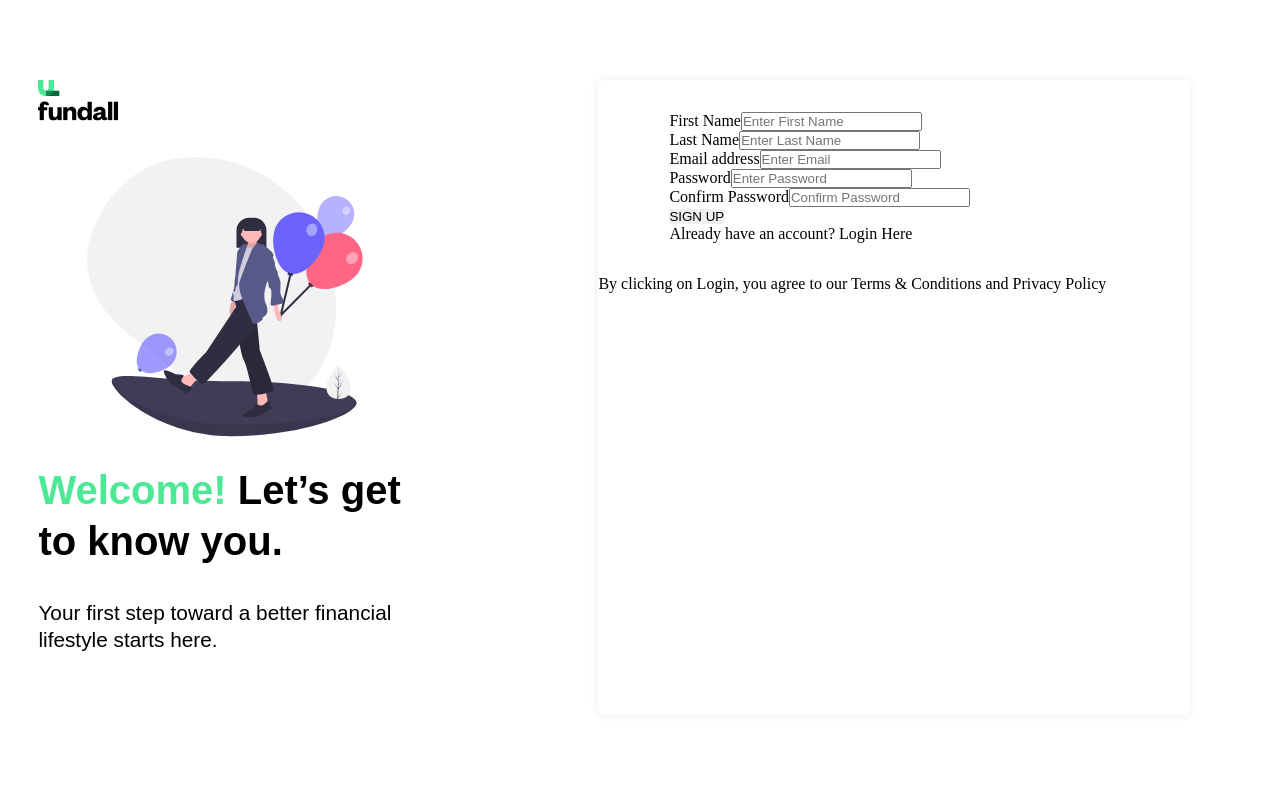
Repository: nilesjamex/niffty
Page: /signup
The author's editor kept a copy of each file at every save. The page is drawn from the files as they stood at one save, then again after the next save.
The browser window is 1280 px wide. The pictures show the whole page.
The project was rebuilt for these pictures with package versions that can differ from the ones it lists, and the page was loaded fresh each time. Also part of the build but not shown: src/components/Nav.vue, src/views/Home.vue.

Above is the page before, as saved 2022-04-16 18:37:58.

After the next save:
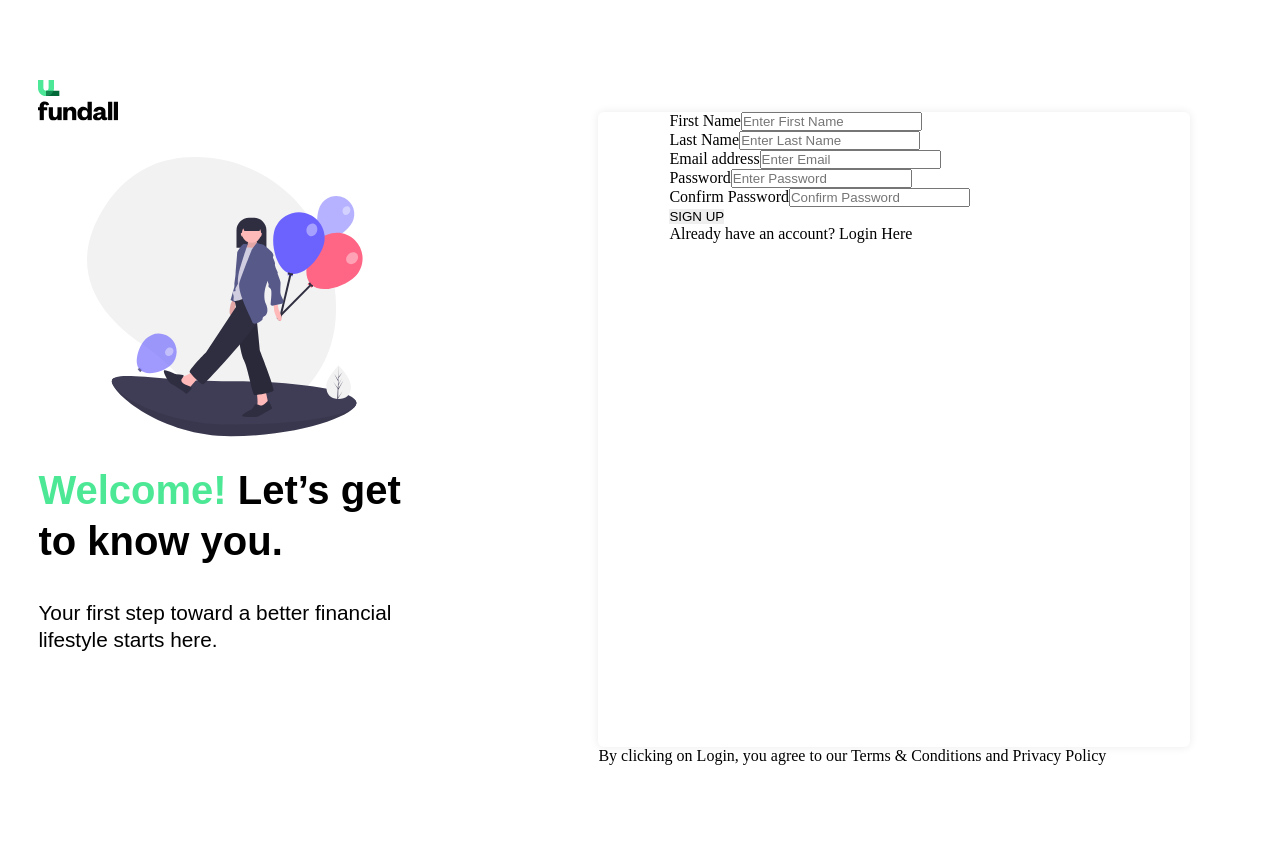
Saved 71 s later.
--- a/src/views/SignUp.vue
+++ b/src/views/SignUp.vue
@@ -107,7 +107,7 @@ export default {
         margin-top: 2rem;
     }
 }
-.signup--form {
+form {
     background: #FFFFFF;
     box-shadow: 0px 0px 10px rgba(0, 0, 0, 0.082937);
     border-radius: 6px;
